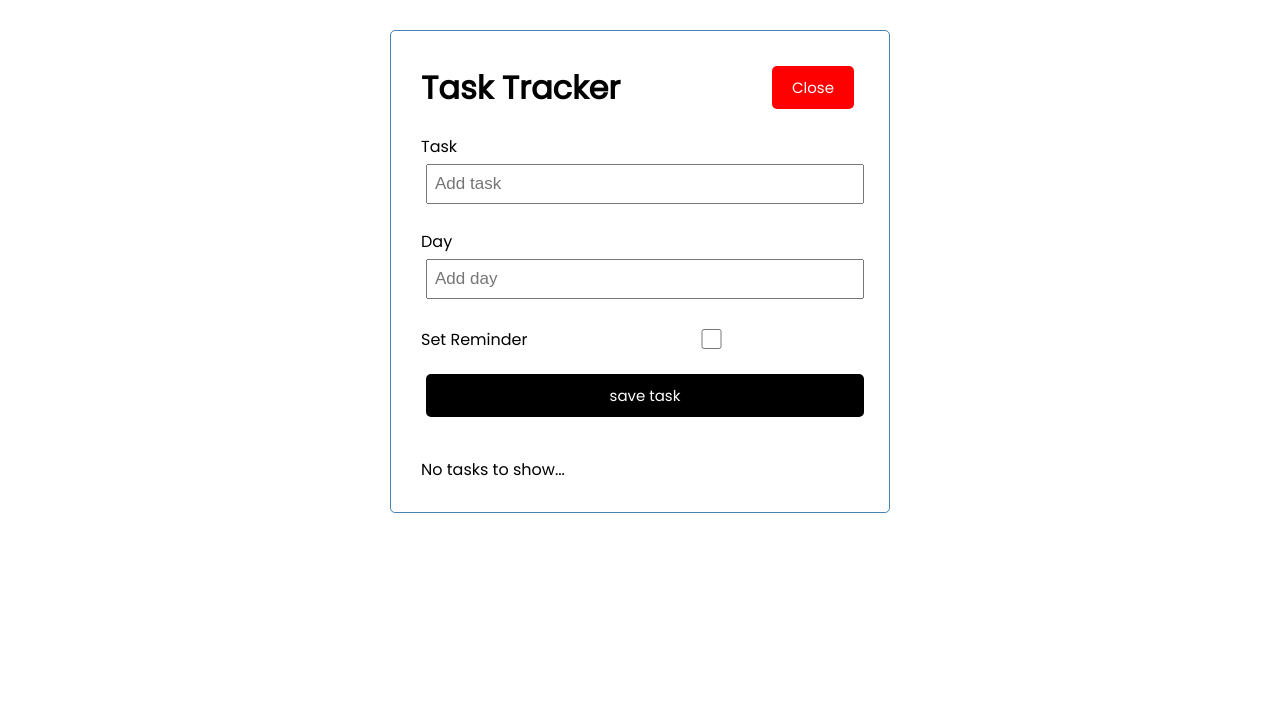
Repository: ds-mbappe/react-task-tracker
Page: /
The author's editor kept a copy of each file at every save. The page is drawn from the files as they stood at one save, then again after a run of saves.
The browser window is 1280 px wide. The pictures show the whole page.
The project was rebuilt for these pictures with package versions that can differ from the ones it lists, and the page was loaded fresh each time. Requests to the local data server were answered from the project's data file.

Above is the page before, as saved 2021-10-02 23:02:48.

After the next 2 saves:
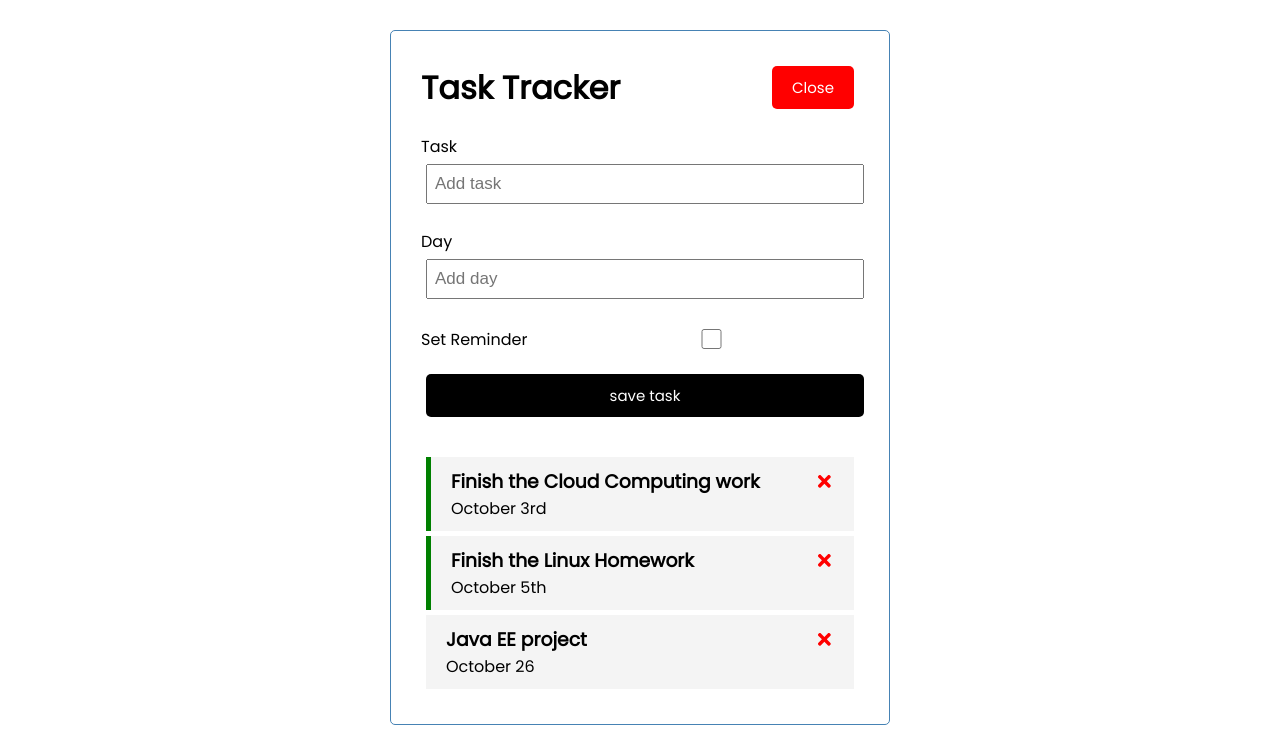
The 2 saves are shown as one change because 1 did not build or start.
The last was saved 4 min 31 s later.
--- a/src/App.js
+++ b/src/App.js
@@ -8,15 +8,21 @@ const App = () => {
   const [tasks, setTasks] = useState([])
 
   useEffect(() => {
-    const fetchTasks = async () => {
-      const res = await fetch("http://localhost:5000/tasks")
-      const data = await res.json()
-
-      console.log(data)
+    const getTasks = async () => {
+      const tasksFromServer = await fetchTasks()
+      setTasks(tasksFromServer)
     }
 
-    fetchTasks()
+    getTasks()
   }, [])
+
+  // fetch data from the server
+  const fetchTasks = async () => {
+    const res = await fetch("http://localhost:5000/tasks")
+    const data = await res.json()
+
+    return data
+  }
 
   // Add a new task
   const addTask = (task) => {
@@ -26,7 +32,11 @@ const App = () => {
   }
 
   // Delete Task
-  const deleteTask = (id) => {
+  const deleteTask = async (id) => {
+    await fetch(`http://localhost:5000/tasks/${id}`, {
+      method: "DELETE"
+    })
+
     setTasks(tasks.filter((task) => task.id !== id))
   }
 
